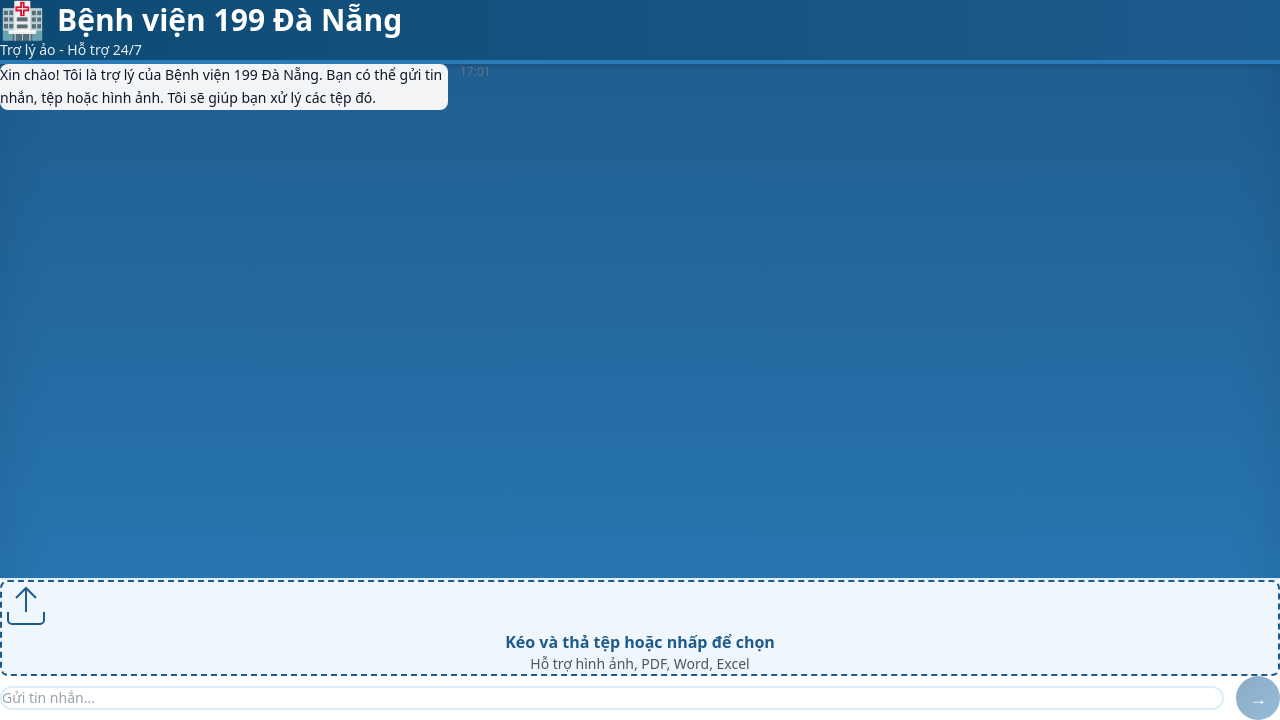
Repository: France2003/B-nh_Vi-n_199
Page: /
The author's editor kept a copy of each file at every save. The page is drawn from the files as they stood at one save, then again after the next save.
The browser window is 1280 px wide. The pictures show the whole page.
The project was rebuilt for these pictures with package versions that can differ from the ones it lists, and the page was loaded fresh each time. Also part of the build but not shown: vite.config.ts, src/App.css, src/components/FilePreview.tsx.

Above is the page before, as saved 2026-01-09 22:20:15.

### index.html
<!doctype html>
<html lang="en">
  <head>
    <meta charset="UTF-8" />
    <link rel="icon" type="image/svg+xml" href="/vite.svg" />
    <meta name="viewport" content="width=device-width, initial-scale=1.0" />
    <title>chat199</title>
  </head>
  <body>
    <div id="root"></div>
    <script type="module" src="/src/main.tsx"></script>
  </body>
</html>

### src/index.css
@import "tailwindcss";

:root {
  --hospital-50: #f0f7fc;
  --hospital-100: #dceef9;
  --hospital-200: #b9def3;
  --hospital-300: #8fcde9;
  --hospital-400: #5ab9dd;
  --hospital-500: #35a4d0;
  --hospital-600: #2a7bb7;
  --hospital-700: #1e5b8d;
  --hospital-800: #0d4a73;
  --hospital-900: #081f2e;
}

* {
  @apply m-0 p-0 box-border;
}

html,
body {
  @apply h-full w-full;
}

body {
  @apply overflow-hidden;
}

#root {
  @apply h-screen w-screen;
}

/* Scrollbar Styling */
::-webkit-scrollbar {
  @apply w-2 h-2;
}

::-webkit-scrollbar-track {
  @apply bg-transparent;
}

::-webkit-scrollbar-thumb {
  background-color: rgb(13, 74, 115, 0.3);
  border-radius: 4px;
}

::-webkit-scrollbar-thumb:hover {
  background-color: rgb(13, 74, 115, 0.5);
}

/* Custom animations */
@keyframes slideIn {
  from {
    opacity: 0;
    transform: translateY(10px);
  }
  to {
    opacity: 1;
    transform: translateY(0);
  }
}

@keyframes bounce {
  0%, 80%, 100% {
    opacity: 0.5;
    transform: translateY(0);
  }
  40% {
    opacity: 1;
    transform: translateY(-10px);
  }
}

.animate-in {
  animation: slideIn 0.3s ease forwards;
}

.delay-200 {
  animation-delay: 200ms;
}

.delay-400 {
  animation-delay: 400ms;
}

.slide-in-from-bottom-2 {
  --tw-enter-translate-y: 8px;
}

### src/App.tsx
import './App.css'
import { ChatBot } from './components/ChatBot'

function App() {
  return <ChatBot />
}

export default App

### src/components/ChatBot.tsx
import React, { useState, useRef, useEffect } from 'react';
import type { Message, UploadedFile } from '../types';
import { ChatMessage } from './ChatMessage';
import { FileUploader } from './FileUploader';
import { FilePreview } from './FilePreview';

export const ChatBot: React.FC = () => {
  const [messages, setMessages] = useState<Message[]>([
    {
      id: '1',
      type: 'bot',
      content: 'Xin chào! Tôi là trợ lý của Bệnh viện 199 Đà Nẵng. Bạn có thể gửi tin nhắn, tệp hoặc hình ảnh. Tôi sẽ giúp bạn xử lý các tệp đó.',
      timestamp: new Date(),
    },
  ]);

  const [uploadedFiles, setUploadedFiles] = useState<UploadedFile[]>([]);
  const [inputValue, setInputValue] = useState('');
  const [isLoading, setIsLoading] = useState(false);
  const messagesEndRef = useRef<HTMLDivElement>(null);
  const inputRef = useRef<HTMLInputElement>(null);

  const scrollToBottom = () => {
    messagesEndRef.current?.scrollIntoView({ behavior: 'smooth' });
  };

  useEffect(() => {
    scrollToBottom();
  }, [messages]);

  const handleFilesUpload = (files: UploadedFile[]) => {
    setUploadedFiles((prev) => [...prev, ...files]);
  };

  const handleFileDescriptionChange = (fileId: string, description: string) => {
    setUploadedFiles((prev) =>
      prev.map((file) =>
        file.id === fileId ? { ...file, description } : file
      )
    );
  };

  const handleRemoveFile = (fileId: string) => {
    setUploadedFiles((prev) => prev.filter((file) => file.id !== fileId));
  };

  const handleSendMessage = async () => {
    if (!inputValue.trim() && uploadedFiles.length === 0) return;

    setIsLoading(true);

    // Create user message
    const userMessage: Message = {
      id: `${Date.now()}`,
      type: 'user',
      content: inputValue,
      timestamp: new Date(),
      files: uploadedFiles.length > 0 ? [...uploadedFiles] : undefined,
    };

    setMessages((prev) => [...prev, userMessage]);
    setInputValue('');
    setUploadedFiles([]);

    // Simulate bot response
    setTimeout(() => {
      const botMessage: Message = {
        id: `${Date.now() + 1}`,
        type: 'bot',
        content: generateBotResponse(userMessage),
        timestamp: new Date(),
      };
      setMessages((prev) => [...prev, botMessage]);
      setIsLoading(false);
    }, 1000);
  };

  const generateBotResponse = (userMessage: Message): string => {
    if (userMessage.files && userMessage.files.length > 0) {
      const fileCount = userMessage.files.length;
      const fileNames = userMessage.files.map((f) => f.name).join(', ');
      return `Đã nhận ${fileCount} tệp: ${fileNames}. ${
        userMessage.content
          ? `Yêu cầu của bạn: ${userMessage.content}`
          : 'Vui lòng chờ xử lý tệp của bạn.'
      }`;
    }

    const responses = [
      'Cảm ơn bạn đã liên hệ! Chúng tôi đang xử lý yêu cầu của bạn.',
      'Bệnh viện 199 sẵn sàng hỗ trợ. Vui lòng cung cấp thêm thông tin chi tiết.',
      'Tôi đã ghi nhận thông tin của bạn. Có gì khác tôi có thể giúp bạn?',
      'Cảm ơn bạn đã tin tưởng dịch vụ của chúng tôi!',
    ];

    return responses[Math.floor(Math.random() * responses.length)];
  };

  const handleKeyPress = (e: React.KeyboardEvent<HTMLInputElement>) => {
    if (e.key === 'Enter' && !e.shiftKey) {
      e.preventDefault();
      handleSendMessage();
    }
  };

  return (
    <div className="flex flex-col h-screen" style={{background: 'linear-gradient(to bottom, #1e5b8d, #2a7bb7)', boxShadow: 'inset 0 0 50px rgba(0, 0, 0, 0.1)'}}>
      <div className="text-white px-6 py-5 shadow-md" style={{background: 'linear-gradient(to right, #0d4a73, #1e5b8d)', borderBottom: '4px solid #2a7bb7'}}>
        <div>
          <h1 className="text-3xl font-bold flex items-center gap-3">
            <span className="text-4xl">🏥</span>
            Bệnh viện 199 Đà Nẵng
          </h1>
          <p className="text-sm opacity-90 mt-1.5 ml-10.5">Trợ lý ảo - Hỗ trợ 24/7</p>
        </div>
      </div>

      <div className="flex-1 overflow-y-auto px-6 py-6 flex flex-col bg-cover bg-center"
           style={{backgroundImage: "url(\"data:[embedded picture, 438 characters]")"}}>
        {messages.map((message) => (
          <ChatMessage key={message.id} message={message} />
        ))}
        {isLoading && (
          <div className="flex gap-1.5 items-center py-3 px-4 bg-gray-100 w-fit rounded-lg mb-4">
            <span className="w-2 h-2 bg-gray-600 rounded-full opacity-50 animate-bounce"></span>
            <span className="w-2 h-2 bg-gray-600 rounded-full opacity-50 animate-bounce delay-200"></span>
            <span className="w-2 h-2 bg-gray-600 rounded-full opacity-50 animate-bounce delay-400"></span>
          </div>
        )}
        <div ref={messagesEndRef} />
      </div>

      <div className="bg-white px-6 py-5 shadow-lg" style={{borderTop: '2px solid #dceef9'}}>
        <FileUploader onFilesUpload={handleFilesUpload} />
        {uploadedFiles.length > 0 && (
          <FilePreview
            files={uploadedFiles}
            onDescriptionChange={handleFileDescriptionChange}
            onRemove={handleRemoveFile}
          />
        )}

        <div className="flex gap-3 items-center">
          <input
            ref={inputRef}
            type="text"
            value={inputValue}
            onChange={(e) => setInputValue(e.target.value)}
            onKeyPress={handleKeyPress}
            placeholder="Gửi tin nhắn..."
            className="flex-1 px-4 py-3 border-2 rounded-full text-sm font-sans bg-white text-gray-900 placeholder-gray-400 transition-all focus:outline-none focus:shadow-lg disabled:bg-gray-100 disabled:cursor-not-allowed"
            style={{borderColor: '#dceef9'}}
            disabled={isLoading}
          />
          <button
            onClick={handleSendMessage}
            className="w-11 h-11 border-none text-white rounded-full text-lg font-bold cursor-pointer transition-all flex items-center justify-center shadow-lg hover:shadow-xl hover:scale-110 active:scale-95 disabled:opacity-50 disabled:cursor-not-allowed disabled:shadow-none"
            style={{background: 'linear-gradient(to bottom right, #1e5b8d, #2a7bb7)'}}
            disabled={isLoading || (!inputValue.trim() && uploadedFiles.length === 0)}
          >
            {isLoading ? '...' : '→'}
          </button>
        </div>
      </div>
    </div>
  );
};

### src/components/ChatMessage.tsx
import React from 'react';
import type { Message } from '../types';

interface ChatMessageProps {
  message: Message;
}

export const ChatMessage: React.FC<ChatMessageProps> = ({ message }) => {
  const isUser = message.type === 'user';

  return (
    <div className={`flex gap-3 mb-4 ${isUser ? 'justify-end' : 'justify-start'} animate-in fade-in slide-in-from-bottom-2 duration-300`}>
      <div className={`max-w-xs md:max-w-md px-4 py-3 rounded-lg break-words ${
        isUser
          ? 'text-white'
          : 'bg-gray-100 text-gray-900'
      }`}
      style={isUser ? {backgroundColor: '#1e5b8d'} : {}}
      >
        <p className="text-sm leading-relaxed mb-2 last:mb-0">{message.content}</p>
        {message.files && message.files.length > 0 && (
          <div className="flex flex-wrap gap-2 mt-2">
            {message.files.map((file) => (
              <div key={file.id} className={`rounded-lg overflow-hidden ${!isUser ? 'bg-white border border-gray-200' : ''}`}>
                {file.type === 'image' && file.preview ? (
                  <img src={file.preview} alt={file.name} className="w-40 h-40 object-cover rounded-lg" />
                ) : (
                  <div className="w-32 h-32 flex items-center justify-center bg-gray-50 rounded-lg" style={{color: '#1e5b8d'}}>
                    <svg className="w-12 h-12" viewBox="0 0 24 24" fill="none" stroke="currentColor">
                      <path d="M13 2H6a2 2 0 0 0-2 2v16a2 2 0 0 0 2 2h12a2 2 0 0 0 2-2V9z"></path>
                      <polyline points="13 2 13 9 20 9"></polyline>
                    </svg>
                  </div>
                )}
                {file.description && (
                  <p className="text-xs p-2 bg-gray-100 text-gray-700">{file.description}</p>
                )}
              </div>
            ))}
          </div>
        )}
      </div>
      <div className="flex flex-col">
        <p className={`text-xs mt-1 ${isUser ? 'text-gray-600' : 'text-gray-500'}`}>
          {message.timestamp.toLocaleTimeString('vi-VN', {
            hour: '2-digit',
            minute: '2-digit',
          })}
        </p>
      </div>
    </div>
  );
};

### src/components/FileUploader.tsx
import React, { useState, useRef } from 'react';
import type { UploadedFile } from '../types';

interface FileUploaderProps {
  onFilesUpload: (files: UploadedFile[]) => void;
}

export const FileUploader: React.FC<FileUploaderProps> = ({ onFilesUpload }) => {
  const [isDragActive, setIsDragActive] = useState(false);
  const fileInputRef = useRef<HTMLInputElement>(null);

  const handleDrag = (e: React.DragEvent) => {
    e.preventDefault();
    e.stopPropagation();
    if (e.type === 'dragenter' || e.type === 'dragover') {
      setIsDragActive(true);
    } else if (e.type === 'dragleave') {
      setIsDragActive(false);
    }
  };

  const processFiles = (files: FileList) => {
    const uploadedFiles: UploadedFile[] = [];

    Array.from(files).forEach((file) => {
      const isImage = file.type.startsWith('image/');
      const uploadedFile: UploadedFile = {
        id: `${Date.now()}-${Math.random()}`,
        name: file.name,
        type: isImage ? 'image' : 'file',
        file,
      };

      if (isImage) {
        const reader = new FileReader();
        reader.onload = (e) => {
          uploadedFile.preview = e.target?.result as string;
        };
        reader.readAsDataURL(file);
      }

      uploadedFiles.push(uploadedFile);
    });

    onFilesUpload(uploadedFiles);
  };

  const handleDrop = (e: React.DragEvent) => {
    e.preventDefault();
    e.stopPropagation();
    setIsDragActive(false);

    if (e.dataTransfer.files && e.dataTransfer.files[0]) {
      processFiles(e.dataTransfer.files);
    }
  };

  const handleChange = (e: React.ChangeEvent<HTMLInputElement>) => {
    if (e.target.files) {
      processFiles(e.target.files);
    }
  };

  return (
    <div
      className={`border-2 border-dashed rounded-lg p-6 text-center transition-all cursor-pointer mb-4 ${
        isDragActive
          ? 'shadow-lg'
          : 'hover:bg-blue-50'
      }`}
      style={{
        borderColor: isDragActive ? '#2a7bb7' : '#1e5b8d',
        backgroundColor: isDragActive ? '#e8f4fb' : '#f0f7fc'
      }}
      onDragEnter={handleDrag}
      onDragLeave={handleDrag}
      onDragOver={handleDrag}
      onDrop={handleDrop}
    >
      <input
        ref={fileInputRef}
        type="file"
        multiple
        onChange={handleChange}
        accept="image/*,.pdf,.doc,.docx,.xls,.xlsx,.txt"
        className="hidden"
      />
      <div className="pointer-events-none">
        <svg
          className="w-12 h-12 mx-auto mb-3"
          viewBox="0 0 24 24"
          fill="none"
          stroke="currentColor"
          style={{color: '#1e5b8d'}}
        >
          <path d="M21 15v4a2 2 0 0 1-2 2H5a2 2 0 0 1-2-2v-4"></path>
          <polyline points="17 8 12 3 7 8"></polyline>
          <line x1="12" y1="3" x2="12" y2="15"></line>
        </svg>
        <p className="m-0 mb-1 text-base font-semibold text-gray-700" style={{color: '#1e5b8d'}}>Kéo và thả tệp hoặc nhấp để chọn</p>
        <p className="m-0 text-sm text-gray-600">Hỗ trợ hình ảnh, PDF, Word, Excel</p>
      </div>
    </div>
  );
};

Loaded but not shown: src/main.tsx (common file)

After the next save:
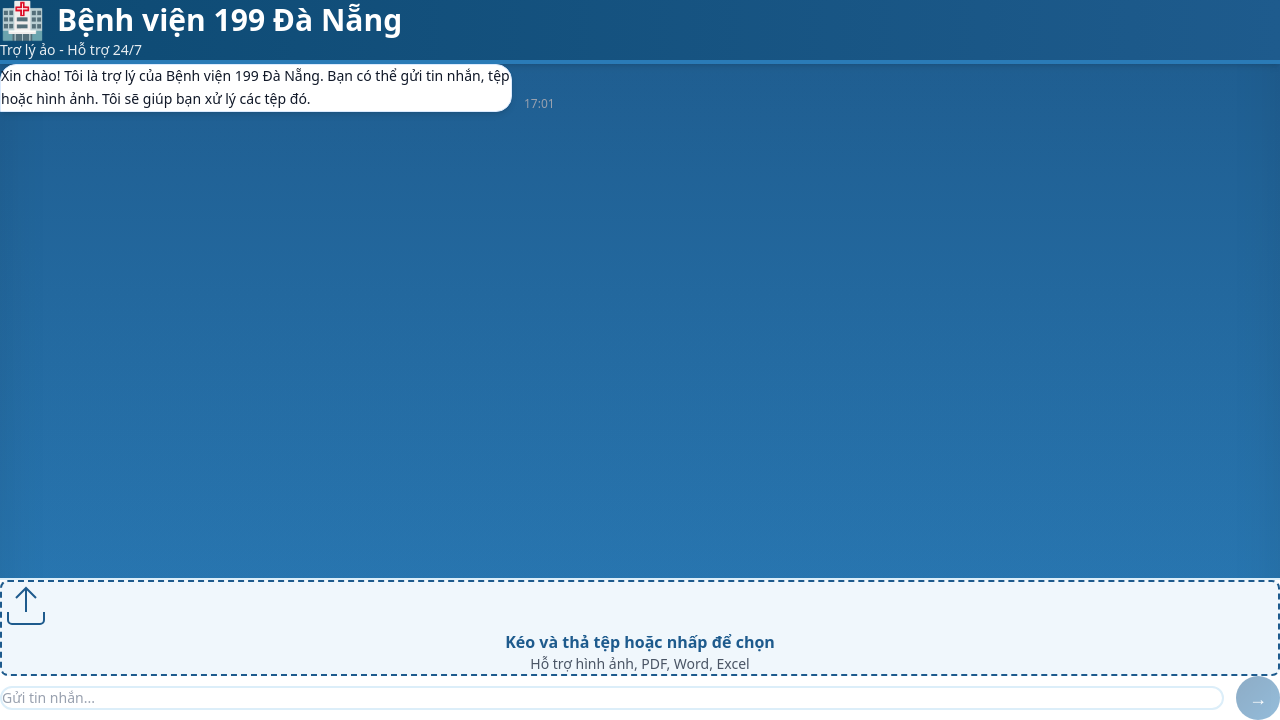
Saved 3 min 54 s later.
--- a/src/components/ChatMessage.tsx
+++ b/src/components/ChatMessage.tsx
@@ -9,39 +9,39 @@
   const isUser = message.type === 'user';
 
   return (
-    <div className={`flex gap-3 mb-4 ${isUser ? 'justify-end' : 'justify-start'} animate-in fade-in slide-in-from-bottom-2 duration-300`}>
-      <div className={`max-w-xs md:max-w-md px-4 py-3 rounded-lg break-words ${
+    <div className={`flex gap-3 ${isUser ? 'justify-end' : 'justify-start'} animate-in fade-in slide-in-from-bottom-2 duration-300`}>
+      <div className={`max-w-xs md:max-w-md lg:max-w-lg px-5 py-4 rounded-2xl break-words shadow-md ${
         isUser
-          ? 'text-white'
-          : 'bg-gray-100 text-gray-900'
-      }`}
-      style={isUser ? {backgroundColor: '#1e5b8d'} : {}}
-      >
-        <p className="text-sm leading-relaxed mb-2 last:mb-0">{message.content}</p>
+          ? 'bg-gradient-to-br from-blue-600 to-blue-700 text-white rounded-br-none'
+          : 'bg-white text-gray-900 rounded-bl-none border border-blue-100'
+      }`}>
+        <p className="text-sm leading-relaxed mb-2 last:mb-0 font-medium">{message.content}</p>
+
         {message.files && message.files.length > 0 && (
-          <div className="flex flex-wrap gap-2 mt-2">
+          <div className="flex flex-wrap gap-3 mt-3 pt-3 border-t border-current border-opacity-10">
             {message.files.map((file) => (
-              <div key={file.id} className={`rounded-lg overflow-hidden ${!isUser ? 'bg-white border border-gray-200' : ''}`}>
+              <div key={file.id} className="flex flex-col items-start gap-2">
                 {file.type === 'image' && file.preview ? (
-                  <img src={file.preview} alt={file.name} className="w-40 h-40 object-cover rounded-lg" />
+                  <img src={file.preview} alt={file.name} className="w-32 h-32 object-cover rounded-lg shadow-sm hover:shadow-md transition-shadow" />
                 ) : (
-                  <div className="w-32 h-32 flex items-center justify-center bg-gray-50 rounded-lg" style={{color: '#1e5b8d'}}>
-                    <svg className="w-12 h-12" viewBox="0 0 24 24" fill="none" stroke="currentColor">
+                  <div className={`w-28 h-28 flex items-center justify-center rounded-lg shadow-sm ${isUser ? 'bg-white bg-opacity-20' : 'bg-blue-50'}`}>
+                    <svg className={`w-10 h-10 ${isUser ? 'text-white' : 'text-blue-600'}`} viewBox="0 0 24 24" fill="none" stroke="currentColor" strokeWidth="2">
                       <path d="M13 2H6a2 2 0 0 0-2 2v16a2 2 0 0 0 2 2h12a2 2 0 0 0 2-2V9z"></path>
                       <polyline points="13 2 13 9 20 9"></polyline>
                     </svg>
                   </div>
                 )}
                 {file.description && (
-                  <p className="text-xs p-2 bg-gray-100 text-gray-700">{file.description}</p>
+                  <p className={`text-xs max-w-xs ${isUser ? 'text-blue-100' : 'text-gray-600'}`}>{file.description}</p>
                 )}
               </div>
             ))}
           </div>
         )}
       </div>
-      <div className="flex flex-col">
-        <p className={`text-xs mt-1 ${isUser ? 'text-gray-600' : 'text-gray-500'}`}>
+
+      <div className="flex flex-col items-center justify-end">
+        <p className={`text-xs mt-1 font-medium ${isUser ? 'text-blue-100' : 'text-gray-400'}`}>
           {message.timestamp.toLocaleTimeString('vi-VN', {
             hour: '2-digit',
             minute: '2-digit',
